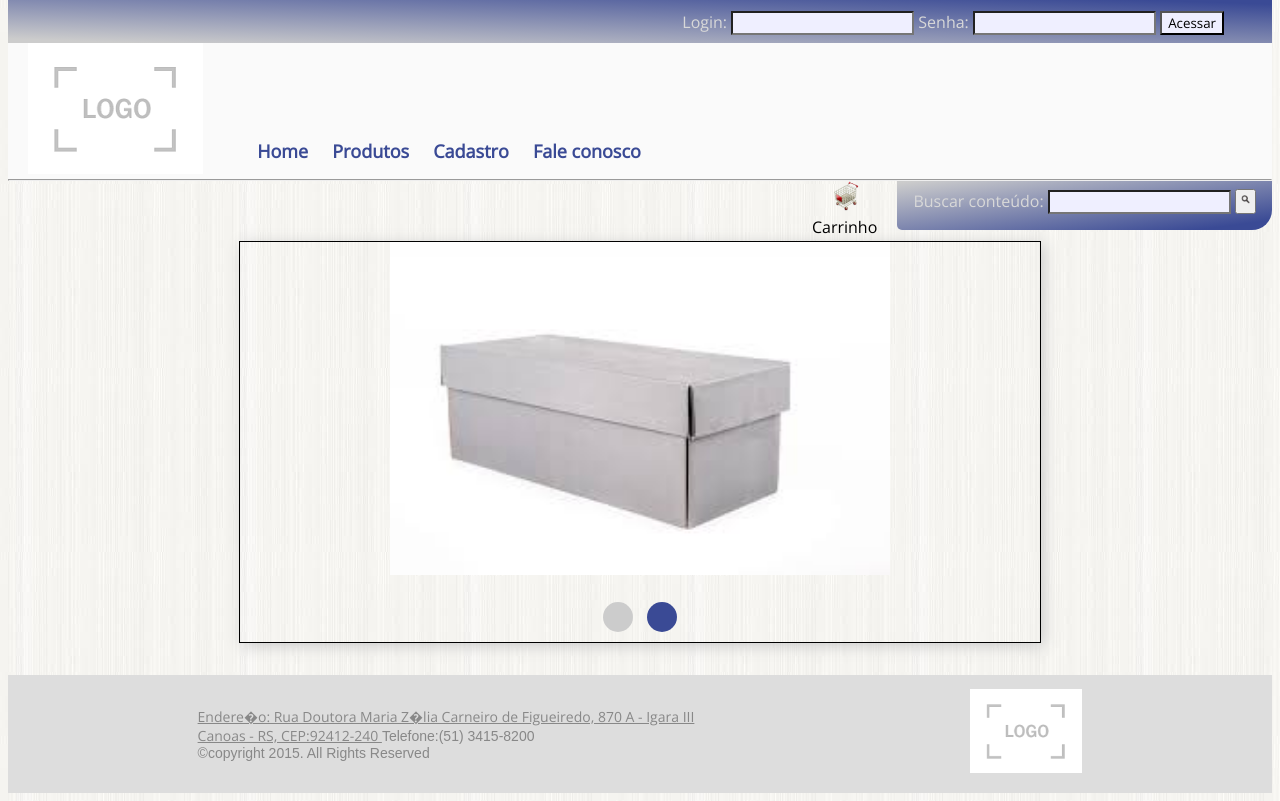
Repository: lauroPereira/study
Page: http://localhost/
The author's editor kept a copy of each file at every save. The page is drawn from the files as they stood at one save, then again after the next save.
The browser window is 1280 px wide. The pictures show the whole page.
The page is run by PHP 8.4 with error messages shown; the project is at /var/www/html/.

Above is the page before, as saved 2016-06-16 03:21:32.

### TrabalhoFinalWeb/index.php
<!DOCTYPE html>
<html>
<head>
<title>Trabalho 1 de programaÃ§Ã£o Web</title>
<meta charset="UTF-8">
<meta name="description" content="Site da empresa imobiliaria">
<meta name="author" content="Lauro Pereira">
<link href="css/style.css" rel="stylesheet">
<link href="../../css/home.css" rel="stylesheet">
<link
	href="http://fonts.googleapis.com/css?family=Open+Sans&subset=latin,latin-ext"
	rel='stylesheet' type='text/css'>
</head>
<body>
	<div id="barraSup">
		<form method="GET" action="" id="formLogin">
			<label>Login: </label><input type="text" name="login" /> <label>Senha:
			</label><input type="password" name="senha" /> <input type="submit"
				value="Acessar" />
		</form>
	</div>
	<div id="corpo">
		<div id="logo">
			<img alt="logotipo" src="img/logo_default.png" />
			<ul id="menuTopo">
				<li id="home"><a href="">Home</a></li>
				<li id="produtos"><a>Produtos</a></li>
				<li id="cadastro"><a>Cadastro</a></li>
				<li id="contato"><a>Fale conosco</a></li>
			</ul>
		</div>
		<hr />
		<div id="meio">
			<div id="carrinho">
				<a onclick="window.open('meu_carrinho.html');window.close()"
					href="#"><img alt="carrinho de compras"
					src="img/carrinho_grande.png" /></a>
				<pre>Carrinho</pre>
			</div>
			<div id="busca">
				<label>Buscar conte&uacute;do: </label> <input type="text"
					name="busca" />
				<button id="btnProc">
					<img alt="botao de consulta" src="img/lupa.png" />
				</button>
			</div>
		</div>
	</div>
	<div id="conteudo">
		<div id="carousel">
			<div class="tag" id="tag1"></div>
			<div class="tag" id="tag2"></div>
		</div>
	</div>
	<div id="rodape">
		<div class="central">
			<a
				href="https://maps.google.com.br/maps?ion=1&espv=2&um=1&ie=UTF-8&q=ifrs+canoas+endere%C3%A7o&fb=1&gl=br&hq=ifrs&hnear=0x95197aa8021e5571:0xd0de460f7518f586,Canoas+-+RS&cid=11785200915308219809&sa=X&ei=Qvo-VYi4J8OIsQS5m4DQCw&ved=0CCYQrwswAA">
				Endereço: Rua Doutora Maria Zélia Carneiro de Figueiredo, 870 A -
				Igara III <br />Canoas - RS, CEP:92412-240
			</a> Telefone:(51) 3415-8200 <br />&copy;copyright 2015. All Rights
			Reserved <img alt="logotipo" src="img/logo_default.png" />
		</div>
	</div>
</body>
<script src="js/script.js" lang'="text/javascript"></script>
</html>

### TrabalhoFinalWeb/css/style.css
body{
    background-image: url("../img/background.jpg");
}
*{
    font-family: 'Open Sans', sans-serif;
}

input, textarea{
    background-color: #EFEFFF;
}
.central{
    width: 70%;
    margin: 0 auto;
}

.comFundo{
    position: relative;
    background-color: rgba(58, 74, 149, 0.5);
    border-radius: 10px;
    z-index: 1;
}

h2{
    margin-top: 5em;
}
#barraSup{
    text-align: right;
    padding-right: 3em;
    background-image: linear-gradient( to top right, #CCC 5%, #3A4A95 95%);
    margin-top:-0.5em;
    padding-bottom: 0.5em;
    padding-top: 0.7em;
}

#barraSup{
    color: #D8D8D8;
}

#barraSup a:hover{
    color: orangered;
    text-decoration: none;
}
#logo{
    text-align: left;
    background-color: #fafafa;
    padding-left: 20px;
}

#logo > div > img[alt=logotipo]{
    display: inline-block;
    float: left;
    margin-top: 8px;
}

#meio{
    margin-top: -0.5em;
    float: right;
    display: inline-block;
    width: 900px;
    text-align: right;
}

#carrinho {
    vertical-align: top;
    display: inline-block;
}

#carrinho > a > img[alt~=carrinho]{
    margin-right: 2em;
    max-width: 30px;
}

#carrinho > pre{
    margin: 0 1em 0 0;
}

#logo + hr {
    margin-top: 0;
}

#busca {
    color: #D8D8D8;
    display: inline-block;
    background-image: linear-gradient( to top left, #3A4A95 10%, #CCC 98%);
    padding: 0.5em 1em 1em 1em;
    border-radius: 0 0 20px 5px;
}
#busca button{
    padding: 1px;
    text-align: center;
}
#busca button img{
    width: 15px;
    height: 15px;
}
ul{
   display: inline-block;
   vertical-align: bottom;
}
ul li{
    display: inline;
}

ul li a{
    text-decoration: none;
    color: #3A4A95;
    font-size: 18px;
    font-weight: bolder;
    margin-bottom: 1em;
    padding: 10px;
}

ul li a:hover{
    font-style: italic;
    text-decoration: none;
    color: orangered;
}

#destaques{
    margin-top: 50px;
}

#destaques h2{
    margin-bottom: 0px;
}

#tipoProd{
    margin-top: 0px;
}

#destaques img[alt^=produto] {
    margin-top: 20px;
    max-width: 100%;
}

.produto{
    display: inline-block;
    width: 20%;
    padding: 1%;
    margin: 6% 1% 0 1%;
}
.produto > pre{
    text-align: center;
}
.add{
    background-color: rgba(255,255,255, 0.6);
    border-radius: 10px;
    padding: 3px;
    position: absolute;
    z-index: 2;
    width: 40px;
    float: right;
}
.formulario{
    margin: 0 auto;
    padding: 20px;
    text-align: center;
    width: 50%;
}

.formulario div{
    line-height: 220%;
    text-align: left;
    display: inline-block;
    vertical-align: top;
}

.formulario input[type^=submit]{
    margin-left:1em;

}

.formulario input[type^=submit]{
    float: right;
    margin-top: 0.5em;
}


#rodape{
    margin-top: 2em;
    color: #888;
    padding: 2em 0 2em 0;
    background-color: #DDD;
}

#rodape div a{
    color: #888;
    font-weight: lighter;
}

#rodape div{
    position: relative;
    font-family: sans-serif;
    font-size: 14px;
}

#rodape div img{
    position: absolute;
    right: 0;
    top: -1.3em;
    height: 6em;
}

#descProduto label{
    font-weight: bold;
}

table{
    background-color: rgba(58, 74, 149, 0.5);
    padding: 2px;
    border: 2px dashed #3A4A95;
    text-align: center;
    table-layout: auto;
}

table + input{
    width: 10%;
    margin-left: 40%;
    margin-top: 10px;
    text-align: center;
}

#total{
    font-weight: bolder;
}

#conteudo{
	min-height:240px;
	width:95%;
	margin: 0 auto;
	margin-top:60px;
}

### TrabalhoFinalWeb/css/home.css
#carousel{
	box-shadow: 3px 3px 15px #ccc;
	border: 1px solid black;
	height:400px;
	width:800px;
	margin: 0 auto;
	margin-top: 20px;
	text-align: center;
	vertical-align: bottom;
	background-image: url("../../img/promo1.jpg");
	background-repeat: no-repeat;
	background-size: 500px;
	background-position: top;

}

#carousel div{
	height: 30px;
	width: 30px;
	border-radius: 50%;
	background-color: #3A4A95;
	display: inline-block;
	margin: 0 auto;
	margin-top: 45%;
}

#carousel > div ~ div{
	margin-left: 10px;
}

### TrabalhoFinalWeb/js/script.js
carousel = (function() {
	var itens = 2;

	var box = document.querySelector('#carousel');
	if(!box) return;

	var ChkItem = 0;

	setInterval(function(){ trocaItem(); }, 3000);

	function trocaItem() {
		if (ChkItem >= itens) {
			ChkItem = 1;
		} else {
			ChkItem++;
		}
		formataItem(ChkItem);
	}

	function formataItem(n) {
		box.style.backgroundImage = "url('../../img/promo" + n + ".jpg')";
		for (var i = 0; i < itens; i++) {
			if (box.children[i].tagName == "div")
				box.children[i].style.backgroundColor = "#3A4A95";
		}
		box.querySelector('#tag' + n).style.backgroundColor = "#CCC";
	}
})();

After the next save:
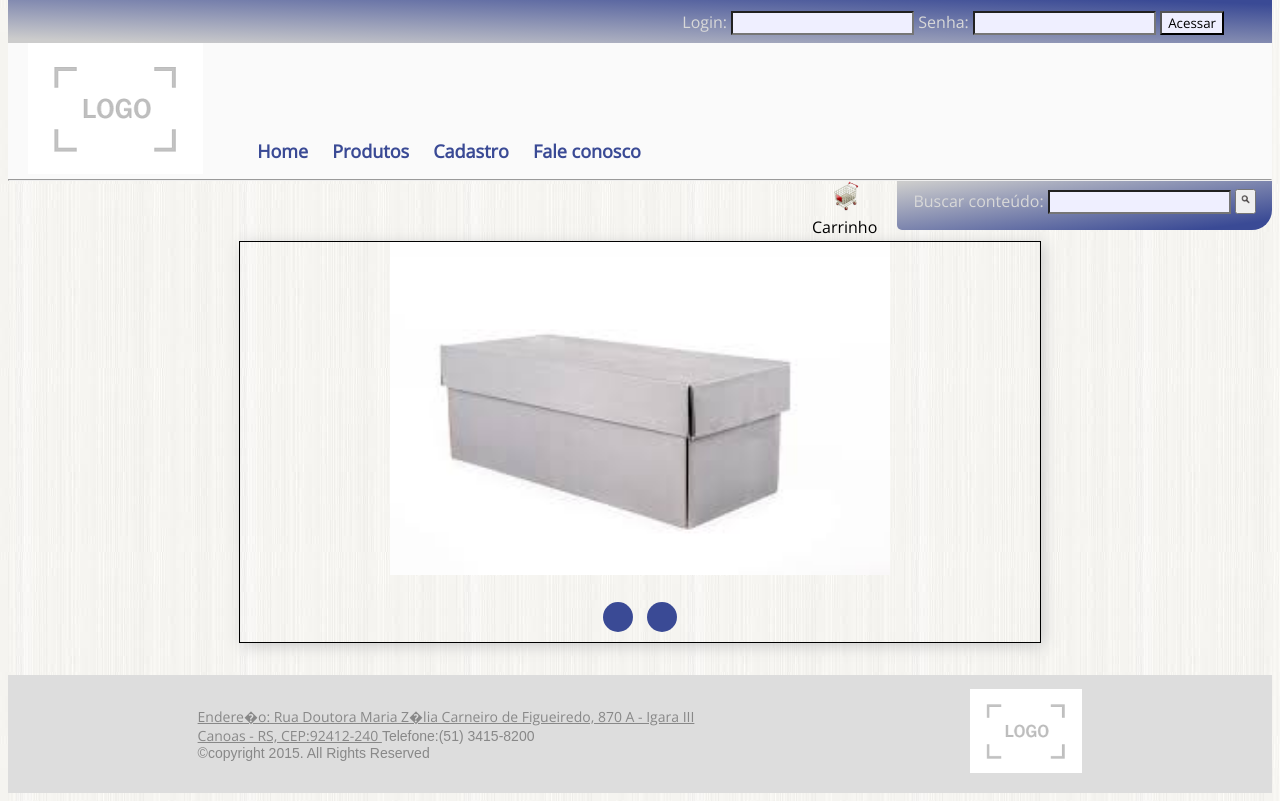
Console error: TypeError: Cannot read properties of undefined (reading 'tagName')
Saved 43 s later.
--- a/TrabalhoFinalWeb/js/script.js
+++ b/TrabalhoFinalWeb/js/script.js
@@ -19,7 +19,7 @@ carousel = (function() {
 
 	function formataItem(n) {
 		box.style.backgroundImage = "url('../../img/promo" + n + ".jpg')";
-		for (var i = 0; i < itens; i++) {
+		for (var i = 0; i <= itens; i++) {
 			if (box.children[i].tagName == "div")
 				box.children[i].style.backgroundColor = "#3A4A95";
 		}
